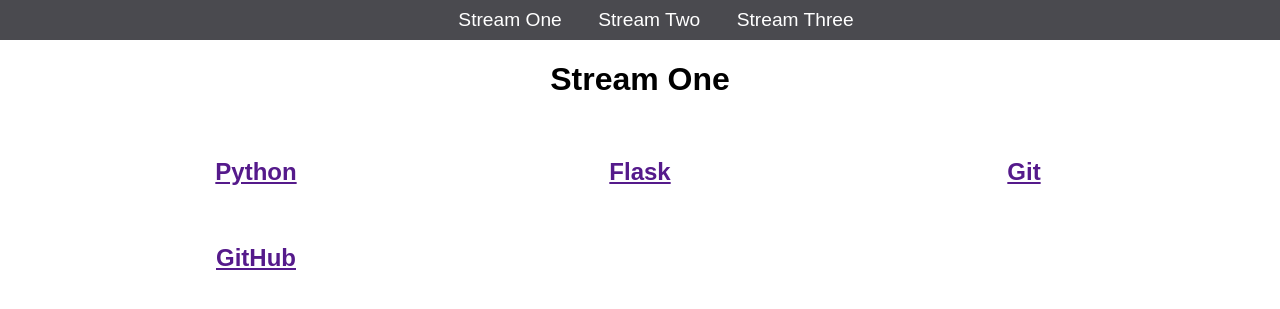
Repository: ElaineArchbold/my-first-website
Page: stream-two.html
The author's editor kept a record of every edit. The page is drawn from the files as they stood at one moment, then again after the next edit.
The browser window is 1280 px wide. The pictures show the whole page.

Above is the page before.

After the next edit:
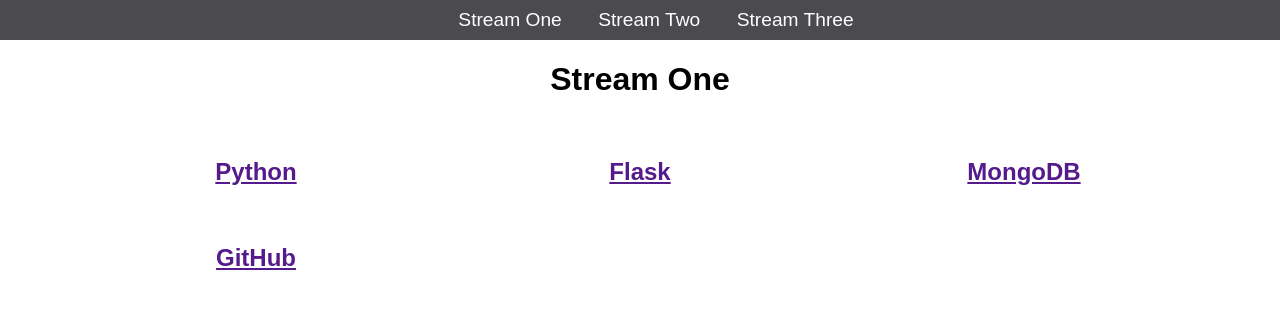
The edit:
--- a/stream-two.html
+++ b/stream-two.html
@@ -27,7 +27,7 @@
         </div>
 
           <div class="card">
-            <a href=""><img src=""><h2>Git</h2>
+            <a href=""><img src=""><h2>MongoDB<h2>
         </div>
 
          <div class="card">
